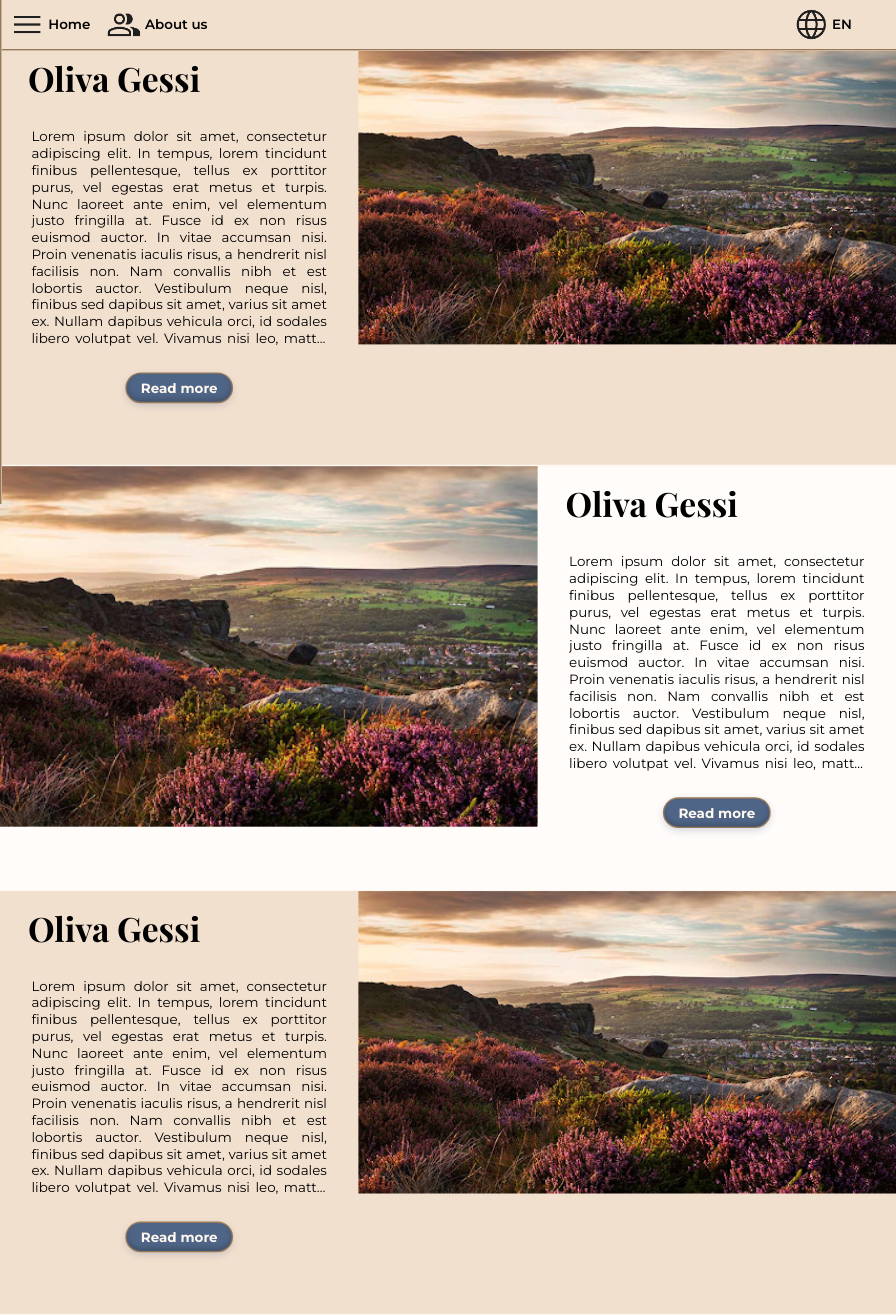
Repository: Seaside-Jokers/Oliva-gessi
Page: index.html
The author's editor kept a copy of each file at every save. The page is drawn from the files as they stood at one save, then again after a run of saves.
The browser window is 1280 px wide. The pictures show the whole page, at 70% of full size.
Some web fonts or font styles are not loaded; a fallback is used.

Above is the page before, as saved 2026-02-17 23:27:51.

### index.html
<!DOCTYPE html>
<html lang="it">
<head>
    <meta charset="UTF-8">
    <title>Oliva Gessi</title>
    <link rel="stylesheet" href="src/style.css">
    <link rel="alternate" hreflang="en" href="index.html">
    <link rel="alternate" hreflang="it" href="index.html">
    <link rel="preconnect" href="https://fonts.googleapis.com">
    <link rel="preconnect" href="https://fonts.gstatic.com" crossorigin>
    <link href="https://fonts.googleapis.com/css2?family=Playfair+Display:ital,wght@0,400..900;1,400..900&display=swap" rel="stylesheet">
</head>
<body>
    <!-- ======================================================================= -->
    <!--                                 NAVBAR                                  -->
    <!-- ======================================================================= -->
    <nav class="navbar">
        <!-- Home -->
        <button class="btn-navbar" type="button" onclick="toggleMenu()">
            <img src="assets/menu_icon.png" data-key="home" alt="Home" class="icone" id="navbar-button">
            <span data-key="home" class="nav-data">Menu</span>
        </button>
        <!-- About us-->
        <button class="btn-navbar" type="button" onclick="location.href='about-us.html'">
            <img src="assets/about_us.png" data-key="about" alt="Chi siamo" class="icone">
            <span data-key="about" class="nav-data">Chi siamo</span>
        </button>
        <!-- Cambio lingua (a destra) -->
        <button class="btn-navbar lang-button" type="button" onclick="changeLang()">
            <img src="assets/language.png" data-key="language" alt="Cambia lingua" class="icone">
            <span data-key="current_language" class="nav-data">IT</span>
        </button>
    </nav>
    <!-- ======================================================================= -->
    <!--                                 SIDEBAR                                 -->
    <!-- ======================================================================= -->
    <!-- Strato trasparente che permette di chiudere il menu cliccando fuori -->
    <div class="clicker" onclick="closeMenu()"></div>
    <!-- Menu laterale vero e proprio -->
    <div class="sidebar" id="sidebar">
        <!-- Chiudi il menu -->
        <button class="sidebar-button" type="button" onclick="closeMenu()">
            <img src="assets/close.png" alt="Chiudi menu" class="icone large">
            <span data-key="close_menu" class="side-data">Chiudi</span>
        </button>
        <!-- About us -->
        <button class="sidebar-button" type="button" onclick="location.href='about-us.html'">
            <img src="assets/about_us.png" alt="Chiudi menu" class="icone large">
            <span data-key="about" class="side-data">Chi siamo</span>
        </button>
        <details>
            <!-- Le varie pagine del file -->
            <summary data-key="cerca_pagina"></summary>
        </details>
    </div>

    <!-- ======================================================================= -->
    <!--                                CONTENUTO                                -->
    <!-- ======================================================================= -->
    <div class="blocco r">
        <img src="assets/immagine_16x9.jpg" alt="Foto placeholder del primo blocco" data-key="alt_img1" class="foto-blocco landscape">
        <div class="container-testo-blocco">
            <h1 class="titolo-blocco" data-key="title_1">Oliva Gessi</h1>
            <p class="testo-blocco" data-key="testo_1">Lorem ipsum dolor sit amet, consectetur adipiscing elit. In tempus, lorem tincidunt finibus pellentesque, tellus ex porttitor purus, vel egestas erat metus et turpis. Nunc laoreet ante enim, vel elementum justo fringilla at. Fusce id ex non risus euismod auctor. In vitae accumsan nisi. Proin venenatis iaculis risus, a hendrerit nisl facilisis non. Nam convallis nibh et est lobortis auctor. Vestibulum neque nisl, finibus sed dapibus sit amet, varius sit amet ex. Nullam dapibus vehicula orci, id sodales libero volutpat vel. Vivamus nisi leo, mattis ut est convallis, pharetra ornare ipsum. Fusce elementum velit at massa mattis rutrum. Curabitur tincidunt consectetur nibh, in molestie urna ullamcorper sed. Interdum et malesuada fames ac ante ipsum primis in faucibus.</p>
            <button class="read-more-button" type="button" onclick="" data-key="read_more">Leggi di più</button>
        </div>
    </div>
    <div class="blocco l">
        <img src="assets/immagine_16x9.jpg" alt="Foto placeholder del primo blocco" data-key="alt_img1" class="foto-blocco landscape">
        <div class="container-testo-blocco">
            <h1 class="titolo-blocco" data-key="title_1">Oliva Gessi</h1>
            <p class="testo-blocco" data-key="testo_1">Lorem ipsum dolor sit amet, consectetur adipiscing elit. In tempus, lorem tincidunt finibus pellentesque, tellus ex porttitor purus, vel egestas erat metus et turpis. Nunc laoreet ante enim, vel elementum justo fringilla at. Fusce id ex non risus euismod auctor. In vitae accumsan nisi. Proin venenatis iaculis risus, a hendrerit nisl facilisis non. Nam convallis nibh et est lobortis auctor. Vestibulum neque nisl, finibus sed dapibus sit amet, varius sit amet ex. Nullam dapibus vehicula orci, id sodales libero volutpat vel. Vivamus nisi leo, mattis ut est convallis, pharetra ornare ipsum. Fusce elementum velit at massa mattis rutrum. Curabitur tincidunt consectetur nibh, in molestie urna ullamcorper sed. Interdum et malesuada fames ac ante ipsum primis in faucibus.</p>
            <button class="read-more-button" type="button" onclick="" data-key="read_more">Leggi di più</button>
        </div>
    </div>
    <div class="blocco l">
        <img src="assets/immagine_16x9.jpg" alt="Foto placeholder del primo blocco" data-key="alt_img1" class="foto-blocco landscape">
        <div class="container-testo-blocco">
            <h1 class="titolo-blocco" data-key="title_1">Oliva Gessi</h1>
            <p class="testo-blocco" data-key="testo_1">Lorem ipsum dolor sit amet, consectetur adipiscing elit. In tempus, lorem tincidunt finibus pellentesque, tellus ex porttitor purus, vel egestas erat metus et turpis. Nunc laoreet ante enim, vel elementum justo fringilla at. Fusce id ex non risus euismod auctor. In vitae accumsan nisi. Proin venenatis iaculis risus, a hendrerit nisl facilisis non. Nam convallis nibh et est lobortis auctor. Vestibulum neque nisl, finibus sed dapibus sit amet, varius sit amet ex. Nullam dapibus vehicula orci, id sodales libero volutpat vel. Vivamus nisi leo, mattis ut est convallis, pharetra ornare ipsum. Fusce elementum velit at massa mattis rutrum. Curabitur tincidunt consectetur nibh, in molestie urna ullamcorper sed. Interdum et malesuada fames ac ante ipsum primis in faucibus.</p>
            <button class="read-more-button" type="button" onclick="" data-key="read_more">Leggi di più</button>
        </div>
    </div>

    <!--=======================================================================-->
    <!--                      DO NOT TOUCH BELOW THIS LINE                     -->
    <!--=======================================================================-->
    <script src="src/database_testo.js"></script>
    <script src="src/color_scheme.js"></script>
    <script src="src/sidebar.js"></script>
</body>

<!-- TODO: leggi questo commento e poi eliminalo per favore: quando vuoi aggiungere un nuovo testo modificalo in src/database_testo.js -->
</html>

### src/style.css
/* -------------------------------------------------------------------------- */
/*                                   COLORI                                   */
/* -------------------------------------------------------------------------- */
:root,
[data-theme="light"] {
    /** BACKGROUND */
    --bg-dark:      hsl(30 58% 88%);
    --bg:           hsl(30 100% 94%);
    --bg-light:     hsl(30 100% 99%);

    /** TESTO */
    --text:         hsl(17 100% 4%);
    --text-muted:   hsl(32 47% 25%);
    --highlight:    hsl(31 100% 97%);

    /** BORDI */
    --border:       hsl(31 26% 47%);
    --border-muted: hsl(31 31% 59%);

    /** COLORI INTERFACCIA */
    --primary:      hsl(37 100% 17%);
    --secondary:    hsl(206 82% 26%);
    --danger:       hsl(9 25% 41%);
    --warning:      hsl(51 29% 33%);
    --success:      hsl(148 24% 35%);
    --info:         hsl(217 26% 42%);
}

[data-theme="dark"] {
    /** BACKGROUND */
    --bg-dark:      hsl(18 100% 1%);
    --bg:           hsl(25 93% 4%);
    --bg-light:     hsl(31 65% 7%);

    /** TESTO */
    --text:         hsl(31 100% 92%);
    --text-muted:   hsl(31 39% 67%);
    --highlight:    hsl(31 33% 36%);

    /** BORDI */
    --border:       hsl(32 47% 25%);
    --border-muted: hsl(34 84% 14%);

    /** COLORI INTERFACCIA */
    --primary:      hsl(31 62% 64%);
    --secondary:    hsl(209 77% 71%);
    --danger:       hsl(9 31% 65%);
    --warning:      hsl(52 22% 56%);
    --success:      hsl(147 21% 58%);
    --info:         hsl(217 34% 65%);
}

/* Fallback per chi non ha JavaScript: segue la preferenza di sistema */
@media (prefers-color-scheme: dark) {
    :root:not([data-theme]) {
        /** BACKGROUND */
        --bg-dark:      hsl(18 100% 1%);
        --bg:           hsl(25 93% 4%);
        --bg-light:     hsl(31 65% 7%);

        /** TESTO */
        --text:         hsl(31 100% 92%);
        --text-muted:   hsl(31 39% 67%);
        --highlight:    hsl(31 33% 36%);

        /** BORDI */
        --border:       hsl(32 47% 25%);
        --border-muted: hsl(34 84% 14%);

        /** COLORI INTERFACCIA */
        --primary:      hsl(31 62% 64%);
        --secondary:    hsl(209 77% 71%);
        --danger:       hsl(9 31% 65%);
        --warning:      hsl(52 22% 56%);
        --success:      hsl(147 21% 58%);
        --info:         hsl(217 34% 65%);
    }
}

:root {
    /* --- VALORI PER DESKTOP (Default) --- */

    /* -------------------------------------------------------------------------- */
    /*                                   NAVBAR                                   */
    /* -------------------------------------------------------------------------- */
    --nav-height: 60px;
    --nav-img-size: 50px;
    --nav-font-size: 1.2rem;
    --sidebar-width: 300px;
    /* -------------------------------------------------------------------------- */
    /*                                  HOMEPAGE                                  */
    /* -------------------------------------------------------------------------- */
    --block-dist: 30px;
    --btn-width: 150px;
    --btn-height: 40px;
}

@media (max-aspect-ratio: 1/1) {
    :root {
        /* --- VALORI PER MOBILE (Telefoni e Tablet piccoli) --- */

        /* -------------------------------------------------------------------------- */
        /*                                   NAVBAR                                   */
        /* -------------------------------------------------------------------------- */
        --nav-height: 80px;
        --nav-img-size: 65px;
        --nav-font-size: 2.1rem;
        --sidebar-width: 450px;
        /* -------------------------------------------------------------------------- */
        /*                                  HOMEPAGE                                  */
        /* -------------------------------------------------------------------------- */
        --block-dist: 30px;

        --btn-width: 300px;
        --btn-height: 80px;
    }
}


/* -------------------------------------------------------------------------- */
/*                                    BASE                                    */
/* -------------------------------------------------------------------------- */
/* corpo dell'HTML */
body {
    font-family: 'Montserrat', sans-serif;
    margin: 0;
    padding: 0;
    background-color: var(--bg-light);
    padding-top: var(--nav-height);
}

@font-face {
    font-family: 'Playfair Display';
    src: url('../fonts/Playfair_Display/PlayfairDisplay-VariableFont_wght.ttf') format('truetype');
    font-weight: 100 900;
    font-style: normal;
    font-display: swap;
}
@font-face {
    font-family: 'Playfair Display';
    src: url('../fonts/Playfair_Display/PlayfairDisplay-Italic-VariableFont_wght.ttf') format('truetype');
    font-weight: 100 900;
    font-style: italic;
    font-display: swap;
}

@font-face {
    font-family: 'Montserrat';
    src: url('../fonts/Montserrat/Montserrat-VariableFont_wght.ttf') format('truetype');
    font-weight: 100 900;
    font-style: normal;
    font-display: swap;
}
@font-face {
    font-family: 'Montserrat';
    src: url('../fonts/Montserrat/Montserrat-Italic-VariableFont_wght.ttf') format('truetype');
    font-weight: 100 900;
    font-style: italic;
    font-display: swap;
}

.text {
    font-family: 'Montserrat', sans-serif;
}
.title {
    font-family: 'Playfair Display', serif;
}

h1 {
    font-family: 'Playfair Display', serif;
    font-weight: bold;
}
h2 {
    font-family: 'Playfair Display', serif;
    font-weight: bold;
}
h3 {
    font-family: 'Playfair Display', serif;
    font-weight: bold;
}
h4 {
    font-family: 'Playfair Display', serif;
    font-weight: bold;
}
h5 {
    font-family: 'Playfair Display', serif;
    font-weight: bold;
}
h6 {
    font-family: 'Playfair Display', serif;
    font-weight: bold;
}
p {
    font-family: 'Montserrat', sans-serif;
}
span {
    font-family: 'Montserrat', sans-serif;
}

.l {
    margin-left: 0px;
    margin-right: auto;
}
.r {
    margin-left: auto;
    margin-right: 0px;
    align-items: right;
}

/* -------------------------------------------------------------------------- */
/*                                   NAVBAR                                   */
/* -------------------------------------------------------------------------- */
nav.navbar {
    position: fixed;
    top: 0;
    width: 100%;
    height: var(--nav-height);
    display: flex;
    align-items: center;
    background-color: var(--bg-dark);
    padding: 5px;
    border-bottom: 2px solid var(--border);
}
.icone {
    width: var(--nav-img-size);
    height: auto;
    display: block;
    margin: 0px 5px;
}

button.btn-navbar {
    padding: 4px;
    margin-right: 10px;
    background: none;
    border: none;
    cursor: pointer;
    transition: transform 0.2s;
    display: flex;
    flex-direction: row;
    align-items: center;
    justify-content: center;
    font-family: 'Montserrat', sans-serif;
}
.btn-navbar:hover {
    transform: scale(1.1);
}
button.btn-navbar.lang-button {
    margin-left: auto;
    margin-right: 5vw;
}
button.btn-navbar.ruotata {
    transform: rotate(90deg);
}

span.nav-data {
    font-family: 'Montserrat', sans-serif;
    font-size: var(--nav-font-size);
    font-weight: 600;
}
/* TODO: apertuta menu, rotazione di 90° quando il menù è aperto */

.btn-menu:hover {
    transform: scale(1.1);
}

/* -------------------------------------------------------------------------- */
/*                               SIDEBAR (HOME)                               */
/* -------------------------------------------------------------------------- */
.clicker {
    position: fixed;
    top: 0;
    left: 0;
    width: 0%;
    height: 0%;
    z-index: 1;
}
.clicker.show {
    width: 100%;
    height: 100%;
}
.sidebar {
    position: fixed;
    height: 100%;
    width: var(--sidebar-width);
    position: fixed;
    z-index: 1000;
    top: 0;
    left: calc(-1 * var(--sidebar-width));
    background-color: var(--bg-dark);
    overflow-x: hidden;
    transition: 0.5s;
    flex-direction: column;
    border-right: 2px solid var(--border);
}
.sidebar.aperta {
    left: 0;
}
.sidebar-button {
    background: none;
    border: none;
    display: flex;
    flex-direction: row;
    align-items: center;
    height: var(--nav-height);
    flex: 1;
    margin: 8px 3px;
}
.side-data {
    font-size: var(--nav-font-size);
}
details {
  cursor: pointer;
  font-weight: bold;
  margin-top: 10px;
  margin-bottom: 15px;
  margin-left: 15px;
  font-size: var(--nav-font-size);
}

/* -------------------------------------------------------------------------- */
/*                                  CONTENUTO                                 */
/* -------------------------------------------------------------------------- */
.container {
    display: flex;
    flex-direction: row;
    align-items: center;
    justify-content: center;
    width: 100%;
}
.blurry {
    backdrop-filter: blur(5px);
    -webkit-backdrop-filter: blur(8px);
}

/* Valori per computer */
.blocco {
    width: 100%;
    padding-bottom: 90px;
    border-bottom: 2px solid var(--highlight);
    display: flex;
    flex-direction: row;
    align-items: stretch;
    background: none;
}
.blocco:nth-child(even) {
    flex-direction: row-reverse;
    flex-direction: row-reverse;
    align-items: flex-start;
    background: var(--bg-dark);
}
.container-testo-blocco {
    width: auto;
    display: flex;
    flex-direction: column;
    padding: 0px 20px;
    min-height: 0;
    flex: 1;
}
.titolo-blocco {
    font-size: 3rem;
    margin: 20px;
    font-family: 'Playfair Display', serif;
    flex-shrink: 0;
}
.testo-blocco {
    margin-left: 25px;
    margin-right: 25px;
    flex: 1;
    overflow: hidden;
    font-size: var(--nav-font-size);
    display: -webkit-box;
    -webkit-box-orient: vertical;
    -webkit-line-clamp: 13;
    line-clamp: 13;
    text-align: justify;
}
.foto-blocco {
    width: 60%;
    aspect-ratio: 4/3;
    display: block;
    object-fit: cover;
    flex-shrink: 0;
}
.foto-blocco.landscape {
    aspect-ratio: 16/9;
}
.read-more-button {
    width: var(--btn-width);
    height: var(--btn-height);
    margin-top: 20px;
    margin-left: calc(50% - var(--btn-width) / 2);
    background-color: var(--info);
    border: none;
    color: var(--highlight);
    font-size: var(--nav-font-size);
    font-family: 'Montserrat', sans-serif;
    cursor: pointer;
    font-weight: 700;
    border-radius: calc(var(--btn-height) / 2);
    border: none;
    box-shadow:
        0 0 0 2px var(--border),
        inset 0 -4px 8px hsl(0 0% 0% / 0.2),
        0 4px 12px hsl(217 26% 42% / 0.3);
    transition: all 0.2s ease;
}
.read-more-button:hover {
    box-shadow:
        0 0 0 3px var(--border-muted),
        inset 0 -2px 4px hsl(0 0% 0% / 0.15),
        0 6px 16px hsl(209 77% 71% / 0.4);
    transform: translateY(-2px);
}

@media (max-aspect-ratio: 1/1) {
    /* Valori per telefono */
    .blocco {
        flex-direction: column;
    }
    .blocco.r {
        flex-direction: column;
    }
    .titolo-blocco {
        font-size: 5rem;
    }
    .foto-blocco {
        width: 100%;
    }
    .testo-blocco {
        -webkit-line-clamp: 10;
        line-clamp: 10;
    }
}



/* -------------------------------------------------------------------------- */
/*                              IMG (ABOUT US)                               */
/* -------------------------------------------------------------------------- */



#jacopo {

    margin: 100px 100px;
}

/*
    Fonts: https://ctrl-z.it/9-font-architettura-tavole-portfolio https://material-f/
    Design: foundation.github.io/material-theme-builder/
    Fonts: Playfair Display (titoli), Montserrat (testo normale)
*/

### src/database_testo.js
const traduzioni = {
    "it": {
        /* UI */
        titolo: "Vieni a conoscere Oliva Gessi!",
        home: "Home",
        about: "Chi siamo",
        language: "Cambia lingua",
        current_language: "IT",
        /* Menu */
        close_menu: "Chiudi",
        cerca_pagina: "Cerca la pagina",
        read_more: "Leggi di più",
        /* Homepage */
        alt_img1: "Placeholder per la foto del primo blocco",
        title_1: "Oliva Gessi",
        testo_1: "", // TODO
    },
    "en": {
        /* UI */
        titolo: "Get to know Oliva Gessi!",
        home: "Home",
        about: "About us",
        language: "Change language",
        current_language: "EN",
        /* Menu */
        close_menu: "Close menu",
        cerca_pagina: "Search the page",
        read_more: "Read more",
        /* Homepage */
        alt_img1: "Placeholder for the photo of the first block",
        title_1: "Oliva Gessi",
        testo_1: "", // TODO
    }
}

function getTesto(key) {
    return traduzioni[state][key] || key;
}



/* -------------------------------------------------------------------------- */
/*                                DO NOT TOUCH                                */
/* -------------------------------------------------------------------------- */
let state =  getDefaultLang();

function aggiornaInterfaccia() {
    const elementi = document.querySelectorAll('[data-key]');

    elementi.forEach(el => {
        const chiave = el.getAttribute('data-key');
        const testoTradotto = traduzioni[state][chiave];

        if (testoTradotto) {
            if (el.tagName === 'IMG') {
                el.alt = testoTradotto;
            } else {
                // Altrimenti aggiorna il testo normale
                el.textContent = testoTradotto;
            }
        }
    });
}

/* -------------------------------------------------------------------------- */
/*                            Cambiamenti di stato                            */
/* -------------------------------------------------------------------------- */
function getDefaultLang() {
    if(navigator.language.substring(0, 2) === "it")
        return "it";

    return "en";
}
function defaultLang() {
    state = getDefaultLang();
    aggiornaInterfaccia();
    return true;
}
function changeLangTo(_state) {
    if(_state !== "it" && _state !== "en") {
        defaultLang();
        return;
    }
    state = _state;
    aggiornaInterfaccia();
}
function changeLang() {
    if(state === "it")
        changeLangTo("en");
    else
        changeLangTo("it");
}

document.addEventListener("DOMContentLoaded", aggiornaInterfaccia);

### src/sidebar.js
let menuAperto = false;

function toggleMenu() {
    menuAperto = !menuAperto;

    const icon = document.getElementById("navbar-button");
    icon.classList.toggle('ruotata');

    const menu = document.getElementById("sidebar");
    menu.classList.toggle('aperta');

    const clicker = document.querySelector(".clicker");
    clicker.classList.toggle('show');
}
function closeMenu() {
    if(!menuAperto) return;
    toggleMenu();
}

Loaded but not shown: src/color_scheme.js (155 lines, source omitted)

After the next 2 saves:
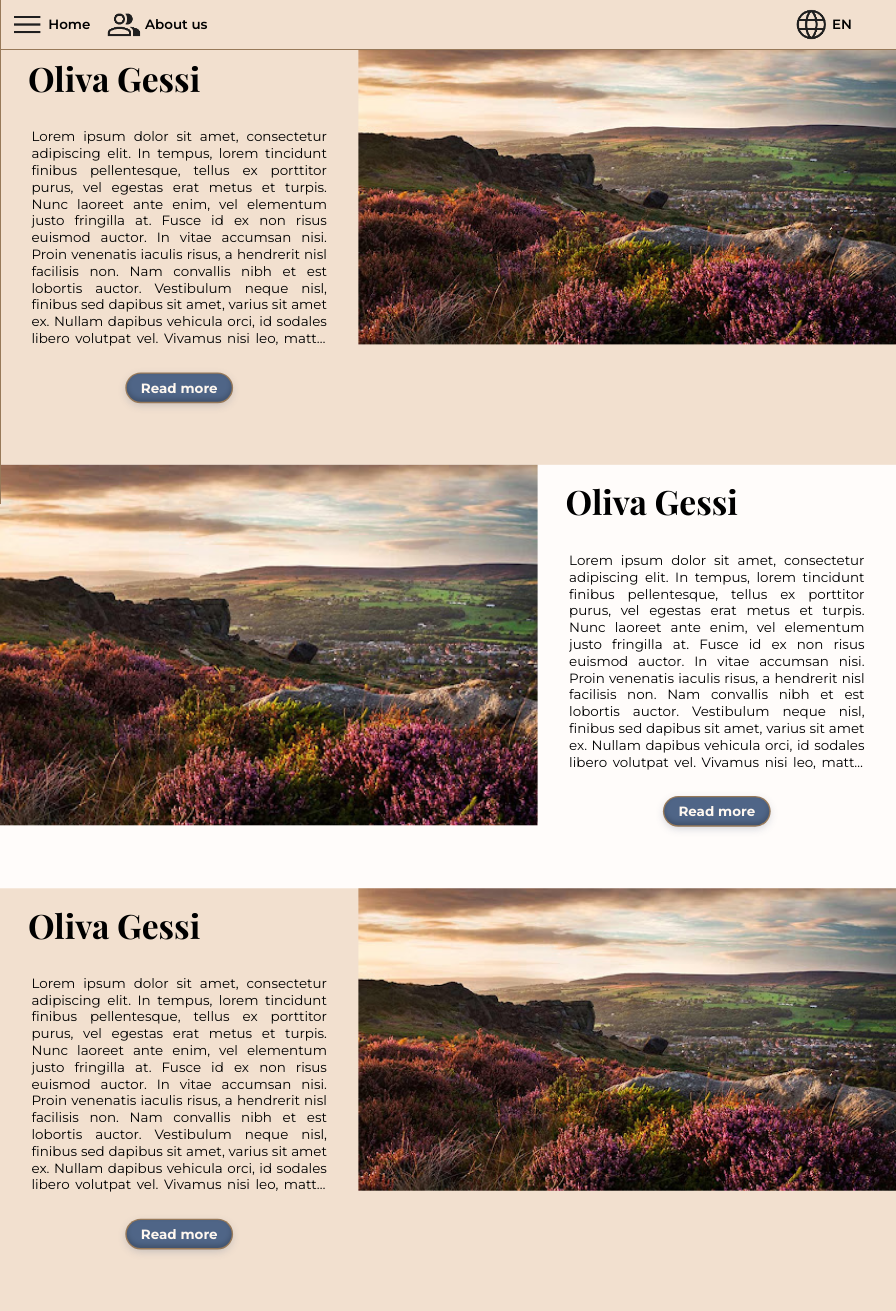
The 2 saves are shown as one change because they came seconds apart.
The last was saved 38 s later.
--- a/src/style.css
+++ b/src/style.css
@@ -336,7 +336,6 @@ details {
 .blocco {
     width: 100%;
     padding-bottom: 90px;
-    border-bottom: 2px solid var(--highlight);
     display: flex;
     flex-direction: row;
     align-items: stretch;
